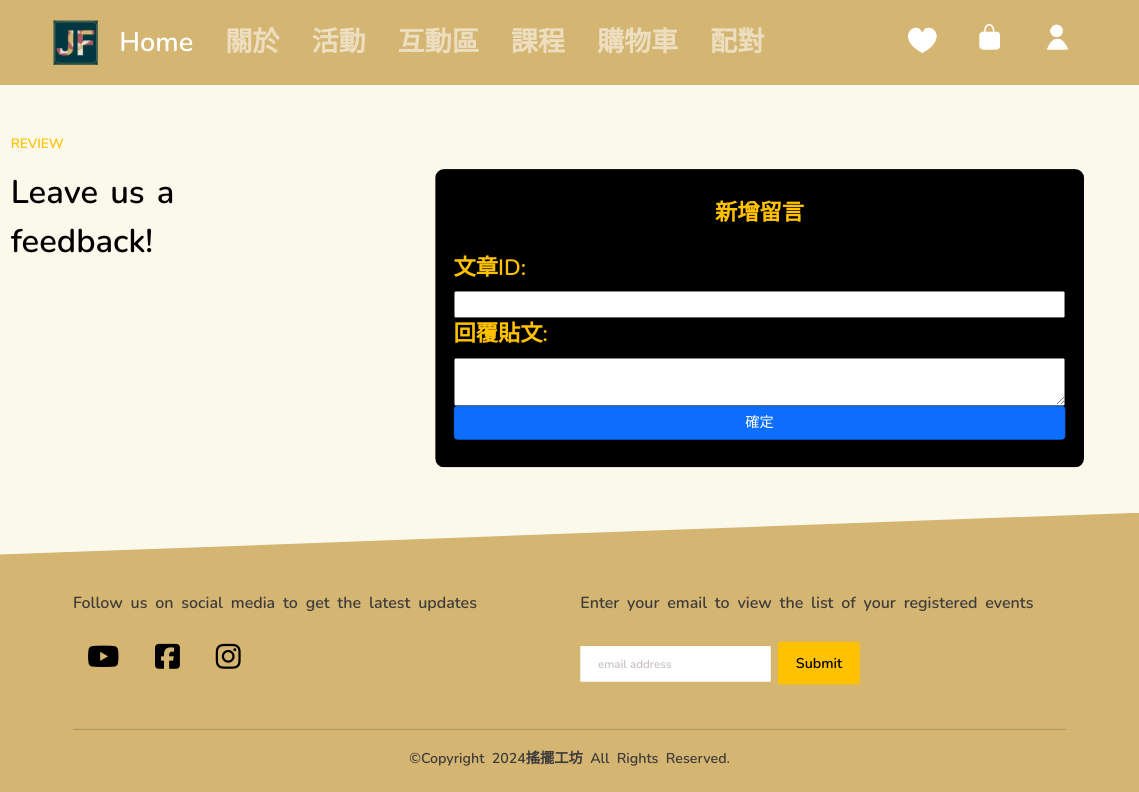
Repository: mmmooonnn0211/project
Page: workspace/demoSpringBoot-1/src/main/resources/static/html/LTInsertFront.html
An editor plug-in stored every save of this project. The page is shown before and after the next save, followed by the edit.
The browser window is 1280 px wide. The pictures show the whole page, at 89% of full size.
Some web libraries are served in a nearby version.

Above is the page before, as saved 2024-05-08 18:40:19.
Console error: SyntaxError: Unexpected identifier 'tsByName'

After the next save:
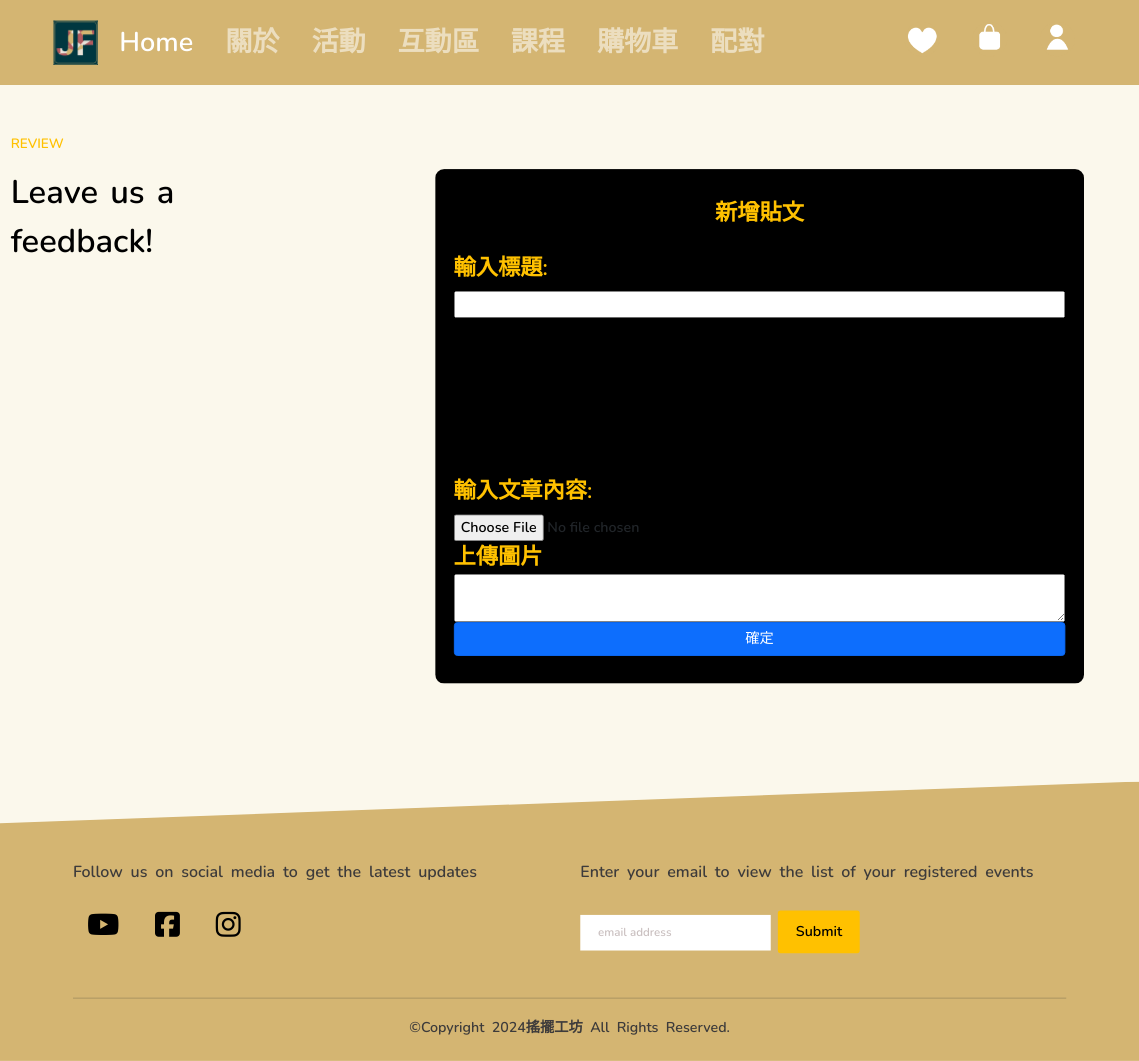
Saved 7 min 20 s later.
--- a/workspace/demoSpringBoot-1/src/main/resources/static/html/LTInsertFront.html
+++ b/workspace/demoSpringBoot-1/src/main/resources/static/html/LTInsertFront.html
@@ -59,16 +59,19 @@
 						<div class="container" id="cards">
 							<div class="card" style="margin: auto;">
 								<div id="sugg" class="neon-yellow"
-									style="font-weight: bold; font-size: 25px; text-align: center;">新增留言
+									style="font-weight: bold; font-size: 25px; text-align: center;">新增貼文
 								</div>
 								<br>
-								<div id="text" class="neon-yellow" style="font-weight: bold; font-size: 25px;">文章ID:
+								<div id="text" class="neon-yellow" style="font-weight: bold; font-size: 25px;">輸入標題:
 								</div>
-								<input id="LTId" name="LTId" />
+								<input id="title" name="title" />
+								<div id="text" class="neon-yellow" style="font-weight: bold; font-size: 25px;">輸入文章內容:
+								</div>
+								<input type="file" id="picture" name="picture" />
 
-								<div id="text" class="neon-yellow" style="font-weight: bold; font-size:25px; ">回覆貼文:
+								<div id="picture" class="neon-yellow" style="font-weight: bold; font-size:25px; ">上傳圖片
 								</div>
-								<textarea id="replypost" name="replypost"></textarea>
+								<textarea id="content" name="content"></textarea>
 
 
 								<button type="submit" class="btn btn-primary">確定</button>
